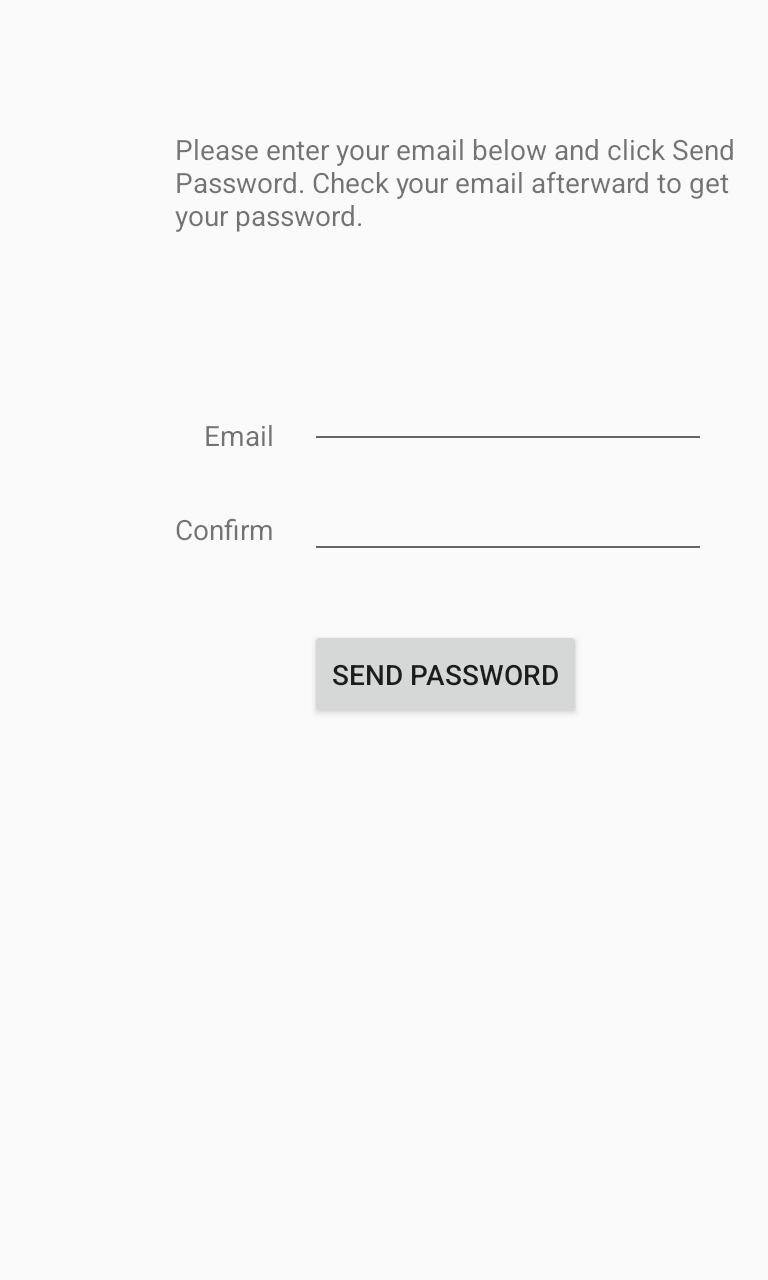
Repository: zerox2012/Fall2014Android
Layout: FishingBuddy/res/layout/activity_forgot_password.xml
These files come from the project's save history. The layout is drawn as it stood at one moment and after the next save; the edit follows.
It is drawn on a 768 x 1280 px phone screen (xhdpi) without system bars, with theme AppTheme; the app's code is not run.

Above is the layout before, as saved 2014-10-20 22:39:14.

### FishingBuddy/res/layout/activity_forgot_password.xml
<RelativeLayout xmlns:android="http://schemas.android.com/apk/res/android"
    xmlns:tools="http://schemas.android.com/tools"
    android:layout_width="match_parent"
    android:layout_height="match_parent"
    android:paddingBottom="@dimen/activity_vertical_margin"
    android:paddingLeft="@dimen/activity_horizontal_margin"
    android:paddingRight="@dimen/activity_horizontal_margin"
    android:paddingTop="@dimen/activity_vertical_margin"
    tools:context="usf.fall2014.android.fishingbuddy.ForgotPassword" >

    <Button
        android:id="@+id/button_create"
        android:layout_width="wrap_content"
        android:layout_height="wrap_content"
        android:layout_alignLeft="@+id/new_email2"
        android:layout_below="@+id/new_email2"
        android:layout_marginTop="31dp"
        android:text="@string/label_send_password" />

    <TextView
        android:id="@+id/label_confirm_email"
        android:layout_width="wrap_content"
        android:layout_height="wrap_content"
        android:layout_below="@+id/label_email"
        android:layout_marginRight="17dp"
        android:layout_marginTop="28dp"
        android:layout_toLeftOf="@+id/new_email2"
        android:text="@string/label_confirm_email" />

    <EditText
        android:id="@+id/new_email2"
        android:layout_width="200dp"
        android:layout_height="wrap_content"
        android:layout_alignBaseline="@+id/label_confirm_email"
        android:layout_alignBottom="@+id/label_confirm_email"
        android:layout_alignParentRight="true"
        android:layout_marginRight="14dp"
        android:ems="10"
        android:inputType="textEmailAddress" />

    <EditText
        android:id="@+id/new_email1"
        android:layout_width="200dp"
        android:layout_height="wrap_content"
        android:layout_above="@+id/label_confirm_email"
        android:layout_toRightOf="@+id/label_confirm_email"
        android:ems="10"
        android:inputType="textEmailAddress" />

    <TextView
        android:id="@+id/label_email"
        android:layout_width="wrap_content"
        android:layout_height="wrap_content"
        android:layout_alignParentTop="true"
        android:layout_alignRight="@+id/label_confirm_email"
        android:layout_marginTop="192dp"
        android:text="@string/label_email" />

    <TextView
        android:id="@+id/textView1"
        android:layout_width="wrap_content"
        android:layout_height="wrap_content"
        android:layout_alignLeft="@+id/label_confirm_email"
        android:layout_alignParentTop="true"
        android:layout_marginTop="49dp"
        android:text="@string/password_recovery_instruction" />

</RelativeLayout>

### FishingBuddy/res/values/strings.xml
<?xml version="1.0" encoding="utf-8"?>
<resources>

    <string name="app_name">FishingBuddy</string>
    <string name="hello_world">Hello world!</string>
    <string name="action_settings">Settings</string>
    <string name="title_activity_main_menu">MainMenu</string>
    <string name="title_activity_gallery">Gallery</string>
    <string name="title_activity_message">Message</string>
    <string name="title_activity_new_user">NewUser</string>
    <string name="title_activity_forgot_password">ForgotPassword</string>
    <string name="title_activity_map">Map</string>
    <string name="user_name">Username</string>
    <string name="password">Password</string>
    <string name="button_login">Login</string>
    <string name="new_user">New User</string>
    <string name="forgot_password">Forgot Password</string>
    <string name="remember_me">remember me</string>
    <string name="label_email">Email</string>
    <string name="label_confirm_email">Confirm</string>
    <string name="create_account">Create Account</string>
    <string name="cancel">Cancel</string>
    <string name="label_water_temp">Water Temperature</string>
    <string name="label_current_time">Current Time</string>
    <string name="label_tide_information">Tide Information</string>
    <string name="label_tide_chart">Hi                 Lo                  Hi                    Lo         </string>
    <string name="button_map">Fishing Map</string>
    <string name="button_gallery">Gallery</string>
    <string name="button_setting">Setting</string>
    <string name="button_exitapp">Exit</string>
    <string name="label_hi">Hi</string>
    <string name="label_lo">Lo</string>
    <string name="tide_value1_hi">00:00AM - 0.00feet</string>
    <string name="tide_value2_hi">00:00AM - 0.00feet</string>
    <string name="tide_value1_lo">00:00AM - 0.00feet</string>
    <string name="tide_value2_lo">00:00AM - 0.00feet</string>
    <string name="value_current_time">00:00:00 AM</string>
    <string name="value_current_temp">00.00F</string>
    <string name="value_current_date">October 21, 2014</string>
    <string name="label_send_password">Send Password</string>
    <string name="password_recovery_instruction">Please enter your email below and click Send Password.  Check your email afterward to get your password.</string>

</resources>

Loaded but not shown: FishingBuddy/res/values/styles.xml (common file); FishingBuddy/res/values-v11/styles.xml (common file); FishingBuddy/res/values-v14/styles.xml (common file); FishingBuddy/res/values/dimens.xml (common file); FishingBuddy/res/values-w820dp/dimens.xml (common file)

After the next save:
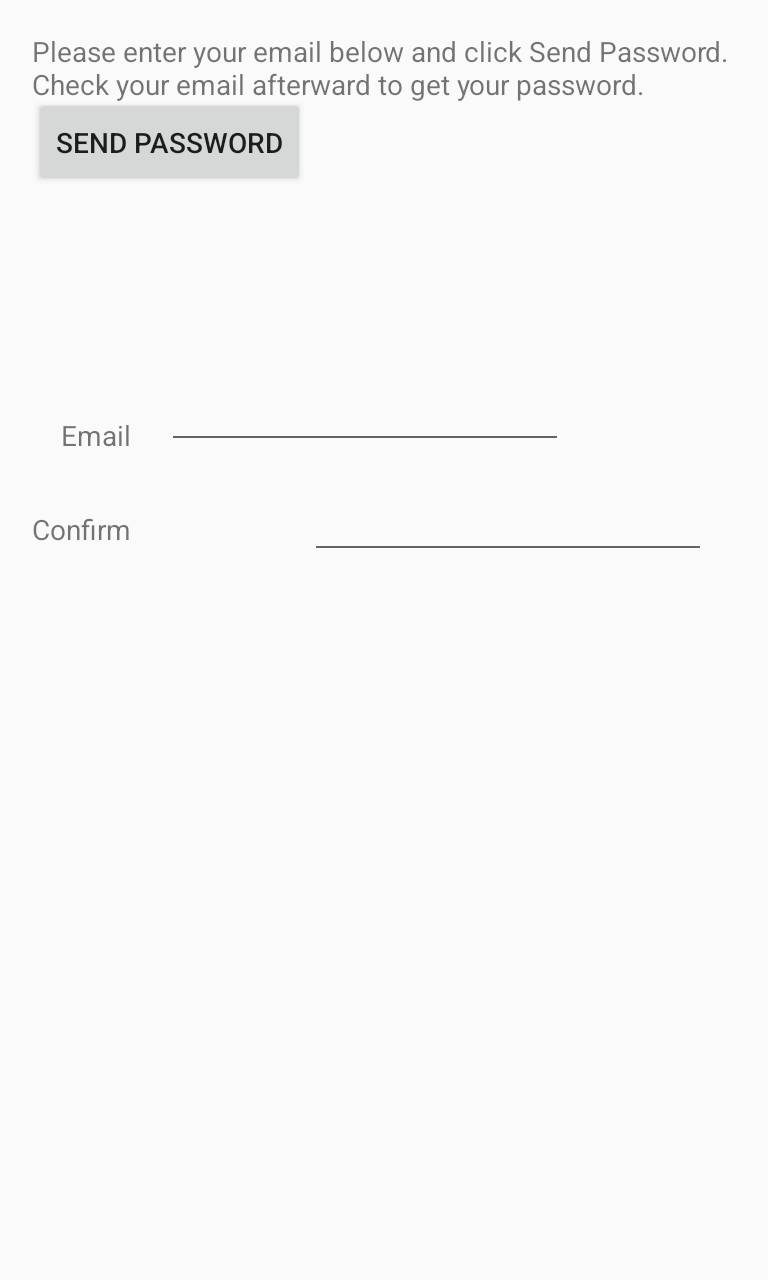
Saved 4 min 3 s later.
--- a/FishingBuddy/res/layout/activity_forgot_password.xml
+++ b/FishingBuddy/res/layout/activity_forgot_password.xml
@@ -8,14 +8,30 @@
     android:paddingTop="@dimen/activity_vertical_margin"
     tools:context="usf.fall2014.android.fishingbuddy.ForgotPassword" >
 
-    <Button
-        android:id="@+id/button_create"
+    <TextView
+        android:id="@+id/text_password_recovery_instruction"
         android:layout_width="wrap_content"
         android:layout_height="wrap_content"
-        android:layout_alignLeft="@+id/new_email2"
-        android:layout_below="@+id/new_email2"
-        android:layout_marginTop="31dp"
-        android:text="@string/label_send_password" />
+        android:layout_above="@+id/new_email1"
+        android:layout_alignParentRight="true"
+        android:text="@string/password_recovery_instruction" />
+
+    <TextView
+        android:id="@+id/label_email"
+        android:layout_width="wrap_content"
+        android:layout_height="wrap_content"
+        android:layout_alignParentTop="true"
+        android:layout_alignRight="@+id/label_confirm_email"
+        android:layout_marginTop="192dp"
+        android:text="@string/label_email" />
+    <EditText
+        android:id="@+id/email1"
+        android:layout_width="200dp"
+        android:layout_height="wrap_content"
+        android:layout_above="@+id/label_confirm_email"
+        android:layout_toRightOf="@+id/label_confirm_email"
+        android:ems="10"
+        android:inputType="textEmailAddress" />
 
     <TextView
         android:id="@+id/label_confirm_email"
@@ -26,9 +42,8 @@
         android:layout_marginTop="28dp"
         android:layout_toLeftOf="@+id/new_email2"
         android:text="@string/label_confirm_email" />
-
     <EditText
-        android:id="@+id/new_email2"
+        android:id="@+id/email2"
         android:layout_width="200dp"
         android:layout_height="wrap_content"
         android:layout_alignBaseline="@+id/label_confirm_email"
@@ -38,31 +53,12 @@
         android:ems="10"
         android:inputType="textEmailAddress" />
 
-    <EditText
-        android:id="@+id/new_email1"
-        android:layout_width="200dp"
-        android:layout_height="wrap_content"
-        android:layout_above="@+id/label_confirm_email"
-        android:layout_toRightOf="@+id/label_confirm_email"
-        android:ems="10"
-        android:inputType="textEmailAddress" />
-
-    <TextView
-        android:id="@+id/label_email"
+    <Button
+        android:id="@+id/button_create"
         android:layout_width="wrap_content"
         android:layout_height="wrap_content"
-        android:layout_alignParentTop="true"
-        android:layout_alignRight="@+id/label_confirm_email"
-        android:layout_marginTop="192dp"
-        android:text="@string/label_email" />
-
-    <TextView
-        android:id="@+id/textView1"
-        android:layout_width="wrap_content"
-        android:layout_height="wrap_content"
-        android:layout_alignLeft="@+id/label_confirm_email"
-        android:layout_alignParentTop="true"
-        android:layout_marginTop="49dp"
-        android:text="@string/password_recovery_instruction" />
-
+        android:layout_alignLeft="@+id/new_email2"
+        android:layout_below="@+id/new_email2"
+        android:layout_marginTop="31dp"
+        android:text="@string/label_send_password" />
 </RelativeLayout>
